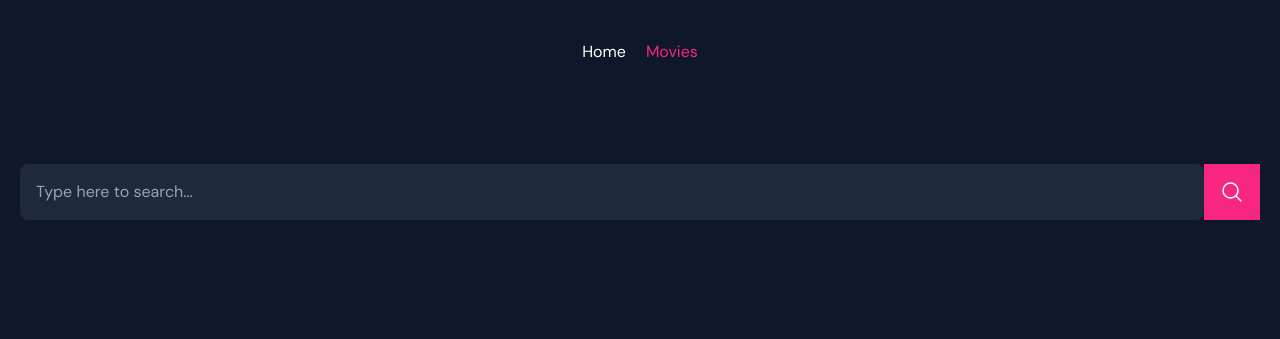
Repository: vophuocthanh/movies
Page: /movies
An editor plug-in stored every save of this project. The page is shown before and after the next save, followed by the edit.
The browser window is 1280 px wide. The pictures show the whole page.
The page's requests for data from a server got no answer. The project was rebuilt for these pictures with package versions that can differ from the ones it lists, and the page was loaded fresh each time. No one was signed in, and anything a server would have sent is missing. Also part of the build but not shown: src/components/banner/Banner.jsx, src/pages/HomePage.jsx, src/components/movie/MovieCard.jsx, src/pages/MovieDetailsPage.jsx. Imported but missing from the stored project, and not drawn on this page: src/components/movie/MovieList.

Above is the page before, as saved 2022-12-05 21:24:48.

### public/index.html
<!DOCTYPE html>
<html lang="en">
  <head>
    <meta charset="utf-8" />
    <link rel="icon" href="%PUBLIC_URL%/favicon.ico" />
    <meta name="viewport" content="width=device-width, initial-scale=1" />
    <meta name="theme-color" content="#000000" />
    <meta
      name="description"
      content="Web site created using create-react-app"
    />
    <link rel="apple-touch-icon" href="%PUBLIC_URL%/logo192.png" />
    <!--
      manifest.json provides metadata used when your web app is installed on a
      user's mobile device or desktop. See https://developers.google.com/web/fundamentals/web-app-manifest/
    -->
    <link rel="manifest" href="%PUBLIC_URL%/manifest.json" />
    <!--
      Notice the use of %PUBLIC_URL% in the tags above.
      It will be replaced with the URL of the `public` folder during the build.
      Only files inside the `public` folder can be referenced from the HTML.

      Unlike "/favicon.ico" or "favicon.ico", "%PUBLIC_URL%/favicon.ico" will
      work correctly both with client-side routing and a non-root public URL.
      Learn how to configure a non-root public URL by running `npm run build`.
    -->
    <title>React App</title>
    <link rel="preconnect" href="https://fonts.googleapis.com" />
    <link rel="preconnect" href="https://fonts.gstatic.com" crossorigin />
    <link
      href="https://fonts.googleapis.com/css2?family=DM+Sans:wght@400;500;700&display=swap"
      rel="stylesheet"
    />
  </head>
  <body>
    <noscript>You need to enable JavaScript to run this app.</noscript>
    <div id="root"></div>
    <!--
      This HTML file is a template.
      If you open it directly in the browser, you will see an empty page.

      You can add webfonts, meta tags, or analytics to this file.
      The build step will place the bundled scripts into the <body> tag.

      To begin the development, run `npm start` or `yarn start`.
      To create a production bundle, use `npm run build` or `yarn build`.
    -->
  </body>
</html>

### src/index.scss
@tailwind base;
@tailwind components;
@tailwind utilities;
@layer base {
  body {
    @apply bg-slate-900 font-body px-5 text-white;
  }
}

@layer components {
  .page-container {
    max-width: 1280px;
    @apply mx-auto;
  }
  // .page-container-fluid {
  //   max-width: 1440px;
  //   @apply mx-auto;
  // }
  .movie-list .swiper-slide {
    width: 300px;
    height: auto;
  }
  .banner .swiper {
    height: 100%;
  }
}

### src/App.js
import { Fragment } from "react";
import { Route, Routes } from "react-router-dom";
import "swiper/scss";
import Banner from "./components/banner/Banner";
import Main from "./components/layouts/Main";
import HomePage from "./pages/HomePage";
import MovieDetailsPage from "./pages/MovieDetailsPage";
import MoviePage from "./pages/MoviePage";
function App() {
  return (
    <Fragment>
      <Routes>
        <Route element={<Main></Main>}>
          <Route
            path="/"
            element={
              <>
                <Banner></Banner>
                <HomePage></HomePage>
              </>
            }
          ></Route>
          <Route path="/movies" element={<MoviePage></MoviePage>}></Route>
          <Route
            path="/movie/:movieId"
            element={<MovieDetailsPage></MovieDetailsPage>}
          ></Route>
        </Route>
      </Routes>
    </Fragment>
  );
}

export default App;

### src/components/layouts/Main.jsx
import React, { Fragment } from "react";
import Header from "./Header";
import { Outlet } from "react-router-dom";

const Main = () => {
  return (
    <Fragment>
      <Header></Header>
      <Outlet></Outlet>
    </Fragment>
  );
};

export default Main;

### src/pages/MoviePage.jsx
import React, { useEffect, useState } from "react";
import useSWR from "swr";
import MovieCard from "../components/movie/MovieCard";
import { fetcher } from "../config";
import useDebounce from "../hooks/useDebounce";

// https://api.themoviedb.org/3/search/movie?api_key=<<api_key>>

const MoviePage = () => {
  const [filter, setFilter] = useState("");
  const [url, setUrl] = useState(
    "https://api.themoviedb.org/3/movie/popular?api_key=55e25eecd2352fcad30e9d1c0a5aa854"
  );
  const filterDebounce = useDebounce(filter, 500);
  const handleFilterChange = (e) => {
    setFilter(e.target.value);
  };
  const { data, error } = useSWR(url, fetcher);
  const loading = !data && !error;
  useEffect(() => {
    if (filterDebounce) {
      setUrl(
        `https://api.themoviedb.org/3/search/movie?api_key=55e25eecd2352fcad30e9d1c0a5aa854&query=${filterDebounce}`
      );
    } else {
      setUrl(
        `https://api.themoviedb.org/3/movie/popular?api_key=55e25eecd2352fcad30e9d1c0a5aa854`
      );
    }
  }, [filterDebounce]);
  const movies = data?.results || [];
  console.log("MovieList ~ movies ", movies);
  return (
    <div className="py-10 page-container">
      <div className="flex mb-10">
        <div className="flex-1">
          <input
            onChange={handleFilterChange}
            type="text"
            className="w-full p-4 text-white rounded-lg outline-none bg-slate-800"
            placeholder="Type here to search..."
          />
        </div>
        <button className="p-4 text-white bg-primary">
          <svg
            xmlns="http://www.w3.org/2000/svg"
            fill="none"
            viewBox="0 0 24 24"
            strokeWidth="1.5"
            stroke="currentColor"
            className="w-6 h-6"
          >
            <path
              strokeLinecap="round"
              strokeLinejoin="round"
              d="M21 21l-5.197-5.197m0 0A7.5 7.5 0 105.196 5.196a7.5 7.5 0 0010.607 10.607z"
            />
          </svg>
        </button>
      </div>
      {loading && (
        <div className="w-10 h-10 border-4 rounded-full border-primary "></div>
      )}
      <div className="grid grid-cols-4 gap-10">
        {movies.length > 0 &&
          movies.map((item) => (
            <MovieCard key={item.id} item={item}></MovieCard>
          ))}
      </div>
    </div>
  );
};

export default MoviePage;

### src/config.js
export const fetcher = (...args) => fetch(...args).then((res) => res.json());
export const apiKey = "55e25eecd2352fcad30e9d1c0a5aa854";

### src/components/layouts/Header.jsx
import React from "react";
import { NavLink } from "react-router-dom";

const Header = () => {
  return (
    <header className="flex items-center justify-center py-10 mb-5 text-white header gap-x-5">
      <NavLink
        to="/"
        className={({ isActive }) => (isActive ? "text-primary" : "")}
      >
        Home
      </NavLink>
      <NavLink
        to="/movies"
        className={({ isActive }) => (isActive ? "text-primary" : "")}
      >
        Movies
      </NavLink>
    </header>
  );
};

export default Header;

### src/hooks/useDebounce.js
import { useEffect, useState } from "react";

export default function useDebounce(initializeValue = "", delay = 1000) {
  const [debounceValue, setDebounceValue] = useState(initializeValue);
  useEffect(() => {
    const timer = setTimeout(() => {
      setDebounceValue(initializeValue);
    }, delay);
    return () => {
      clearTimeout(timer);
    };
  }, [delay, initializeValue]);
  return debounceValue;
}

### tailwind.config.js
// /** @type {import('tailwindcss').Config} */
/** @type {import('tailwindcss').Config} */
module.exports = {
  content: ["./src/**/*.{js,jsx,ts,tsx}"],
  theme: {
    extend: {
      fontFamily: {
        body: ["DM Sans", "san-serif"],
      },
      colors: {
        primary: "#F62682",
        secondary: "#6F5CF1",
      },
    },
  },
  plugins: [],
};

Loaded but not shown: src/index.js (common file); src/reportWebVitals.js (common file)

After the next save:
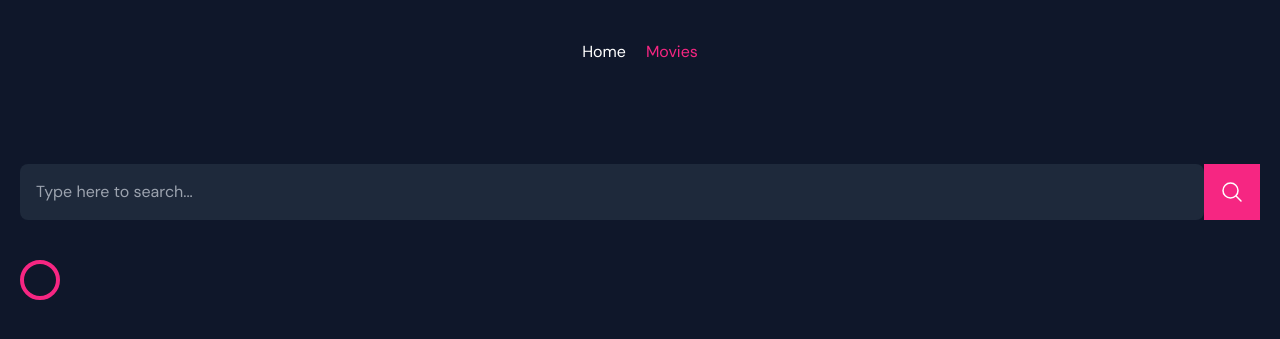
Saved 15 s later.
--- a/src/pages/MoviePage.jsx
+++ b/src/pages/MoviePage.jsx
@@ -58,7 +58,7 @@ const MoviePage = () => {
           </svg>
         </button>
       </div>
-      {loading && (
+      {!loading && (
         <div className="w-10 h-10 border-4 rounded-full border-primary "></div>
       )}
       <div className="grid grid-cols-4 gap-10">
